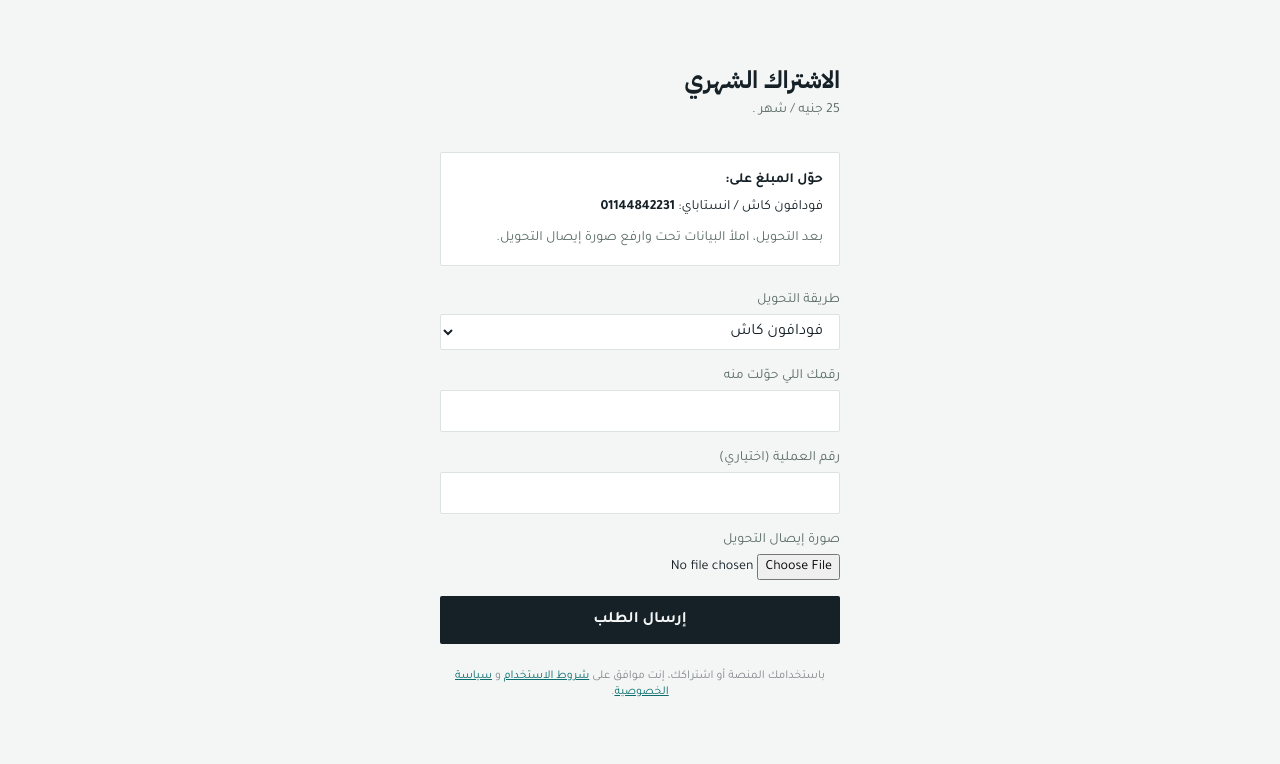
Repository: Omrtyurke123/forsa
Page: /subscribe
These files come from the project's save history. The page is drawn as it stood at one moment and after the next save; the edit follows.
The browser window is 1280 px wide. The pictures show the whole page.
The project was rebuilt for these pictures with package versions that can differ from the ones it lists, and the page was loaded fresh each time. The framework's server and built-in components were replaced by stand-ins that run in the browser. Also part of the build but not shown: next.config.mjs.

Above is the page before, as saved 2026-10-15 20:57:11.

### app/layout.js
import "./globals.css";
import { IBM_Plex_Sans_Arabic, Tajawal } from "next/font/google";

const display = IBM_Plex_Sans_Arabic({
  subsets: ["arabic"],
  weight: ["600", "700"],
  variable: "--font-display",
});

const body = Tajawal({
  subsets: ["arabic"],
  weight: ["400", "500", "700"],
  variable: "--font-body",
});

export const metadata = {
  title: "فرصة — وظائف العمل الحر في مكان واحد",
  description:
    "وظائف البرمجة والتصميم من مستقل وخمسات ونفذلي، مرتبة ولحظية، في مكان واحد.",
};

export default function RootLayout({ children }) {
  return (
    <html lang="ar" dir="rtl" className={`${display.variable} ${body.variable}`}>
      <body className="bg-paper text-ink font-body">{children}</body>
    </html>
  );
}

### app/subscribe/page.js
"use client";

import { useState } from "react";

export default function SubscribePage() {
  const [method, setMethod] = useState("vodafone_cash");
  const [senderPhone, setSenderPhone] = useState("");
  const [transactionRef, setTransactionRef] = useState("");
  const [file, setFile] = useState(null);
  const [status, setStatus] = useState("idle"); // idle | sending | sent | error

  async function handleSubmit(e) {
    e.preventDefault();
    setStatus("sending");

    const formData = new FormData();
    formData.set("method", method);
    formData.set("sender_phone", senderPhone);
    formData.set("transaction_ref", transactionRef);
    if (file) formData.set("proof", file);

    const res = await fetch("/api/payments", { method: "POST", body: formData });

    setStatus(res.ok ? "sent" : "error");
  }

  if (status === "sent") {
    return (
      <main className="max-w-md mx-auto px-6 py-16 text-center">
        <h1 className="font-display font-bold text-2xl mb-2">تم استلام طلبك</h1>
        <p className="text-muted">
          هنراجع عملية التحويل ونفعّل اشتراكك خلال ساعات. هتوصلك رسالة على
          الإيميل بعد التفعيل.
        </p>
        <a href="/dashboard" className="inline-block mt-6 text-teal font-bold">
          رجوع للمنصة
        </a>
      </main>
    );
  }

  return (
    <main className="max-w-md mx-auto px-6 py-16">
      <h1 className="font-display font-bold text-2xl mb-1">الاشتراك الشهري</h1>
      <p className="text-muted text-sm mb-8">25 جنيه / شهر .</p>

      <div className="bg-panel border border-line rounded-sm p-4 mb-6 text-sm leading-relaxed">
        <p className="font-bold mb-1">حوّل المبلغ على:</p>
        <p>فودافون كاش / انستاباي: <b dir="ltr">01144842231</b></p>
        <p className="text-muted mt-2">
          بعد التحويل، املأ البيانات تحت وارفع صورة إيصال التحويل.
        </p>
      </div>

      <form onSubmit={handleSubmit} className="space-y-4">
        <label className="block">
          <span className="text-sm text-muted block mb-1">طريقة التحويل</span>
          <select
            value={method}
            onChange={(e) => setMethod(e.target.value)}
            className="w-full border border-line rounded-sm px-3 py-2 bg-panel"
          >
            <option value="vodafone_cash">فودافون كاش</option>
            <option value="instapay">انستاباي</option>
          </select>
        </label>

        <label className="block">
          <span className="text-sm text-muted block mb-1">رقمك اللي حوّلت منه</span>
          <input
            value={senderPhone}
            onChange={(e) => setSenderPhone(e.target.value)}
            required
            className="w-full border border-line rounded-sm px-3 py-2 bg-panel"
          />
        </label>

        <label className="block">
          <span className="text-sm text-muted block mb-1">
            رقم العملية (اختياري)
          </span>
          <input
            value={transactionRef}
            onChange={(e) => setTransactionRef(e.target.value)}
            className="w-full border border-line rounded-sm px-3 py-2 bg-panel"
          />
        </label>

        <label className="block">
          <span className="text-sm text-muted block mb-1">صورة إيصال التحويل</span>
          <input
            type="file"
            accept="image/*"
            onChange={(e) => setFile(e.target.files?.[0] || null)}
            required
            className="w-full text-sm"
          />
        </label>

        {status === "error" && (
          <p className="text-danger text-sm">حصل خطأ، جرّب تاني.</p>
        )}

        <button
          type="submit"
          disabled={status === "sending"}
          className="w-full bg-ink text-paper font-bold py-3 rounded-sm hover:bg-teal transition disabled:opacity-50"
        >
          {status === "sending" ? "جاري الإرسال..." : "إرسال الطلب"}
        </button>
      </form>
      <p className="text-xs text-ink/50 mt-6 text-center">
        باستخدامك المنصة أو اشتراكك، إنت موافق على{" "}
        <a href="/terms" className="text-teal underline">شروط الاستخدام</a>{" "}
        و{" "}
        <a href="/privacy" className="text-teal underline">سياسة الخصوصية</a>.
      </p>
    </main>
  );
}

### app/globals.css
@tailwind base;
@tailwind components;
@tailwind utilities;

* {
  border-color: theme("colors.line");
}

:focus-visible {
  outline: 2px solid theme("colors.teal");
  outline-offset: 2px;
}

h1, h2, h3 {
  font-family: var(--font-display);
}

### tailwind.config.js
/** @type {import('tailwindcss').Config} */
module.exports = {
  content: ["./app/**/*.{js,jsx}"],
  theme: {
    extend: {
      colors: {
        ink: "#152027",
        paper: "#F4F6F5",
        panel: "#FFFFFF",
        gold: "#C98A2C",
        teal: "#0B6E6E",
        line: "#DDE3E1",
        muted: "#5B6B68",
        danger: "#B3432B",
        mostaql: "#2F6F5E",
        khamsat: "#C98A2C",
        nafezly: "#2B5FA8",
      },
      fontFamily: {
        display: ["var(--font-display)", "sans-serif"],
        body: ["var(--font-body)", "sans-serif"],
      },
    },
  },
  plugins: [],
};

After the next save:
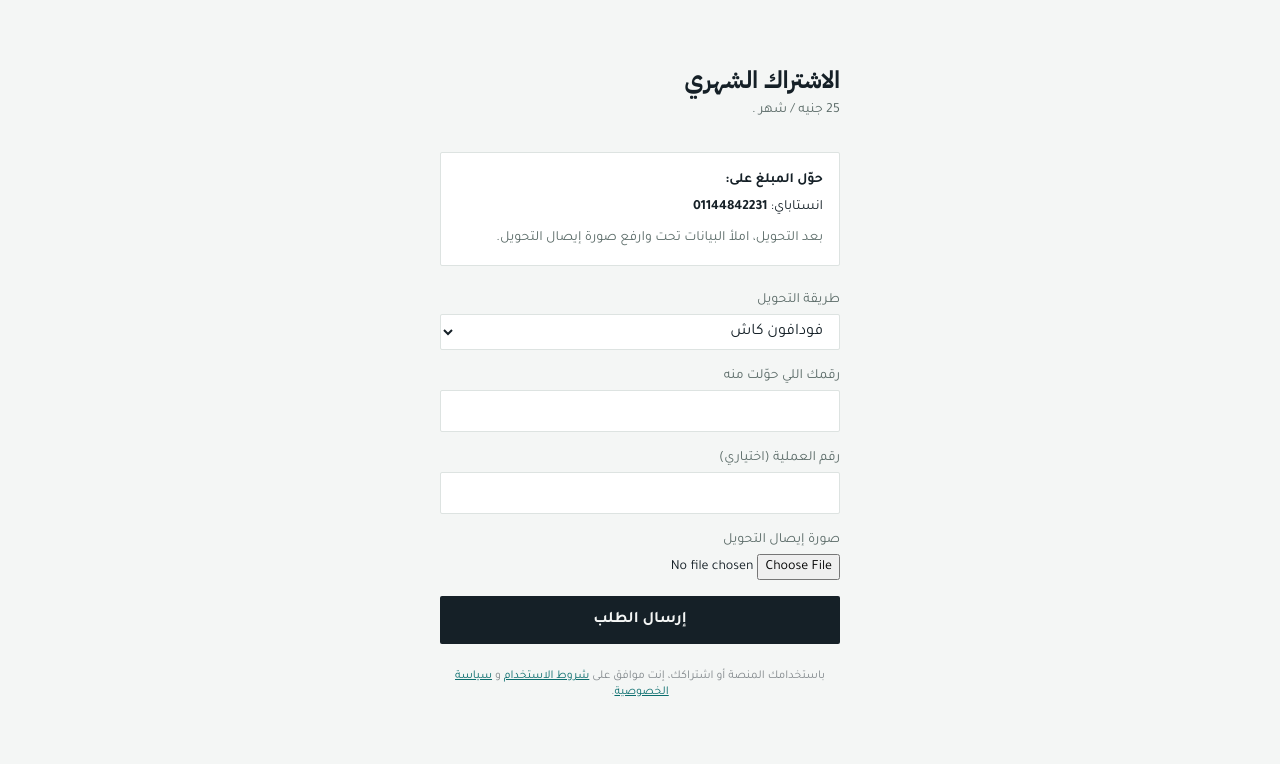
Saved 7 s later.
--- a/app/subscribe/page.js
+++ b/app/subscribe/page.js
@@ -46,7 +46,7 @@
 
       <div className="bg-panel border border-line rounded-sm p-4 mb-6 text-sm leading-relaxed">
         <p className="font-bold mb-1">حوّل المبلغ على:</p>
-        <p>فودافون كاش / انستاباي: <b dir="ltr">01144842231</b></p>
+        <p>انستاباي: <b dir="ltr">01144842231</b></p>
         <p className="text-muted mt-2">
           بعد التحويل، املأ البيانات تحت وارفع صورة إيصال التحويل.
         </p>
